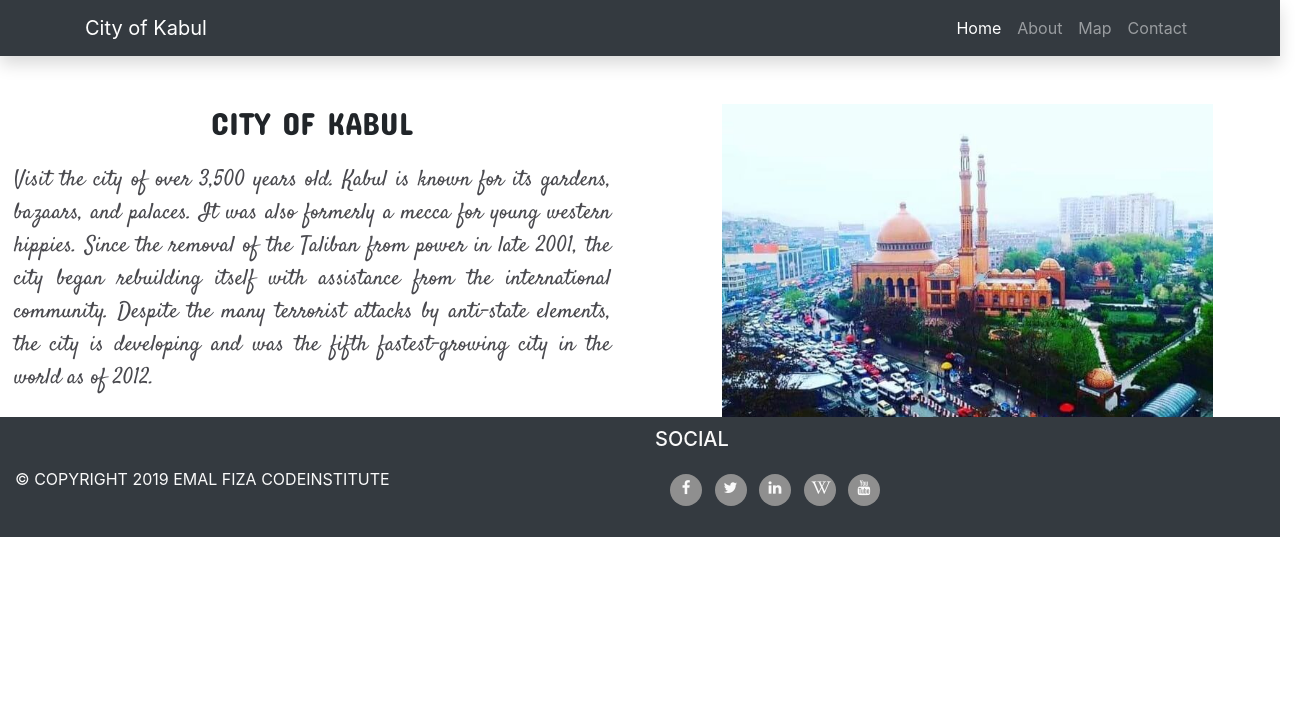
Repository: emalfiza/project-kabul
Page: about.html
The author's editor kept a record of every edit. The page is drawn from the files as they stood at one moment, then again after the next edit.
The browser window is 1280 px wide. The page is 1295 px wide, so the pictures cover 1295 px, including what lies to the right of the window. The pictures show the whole page.

Above is the page before.

After the next edit:
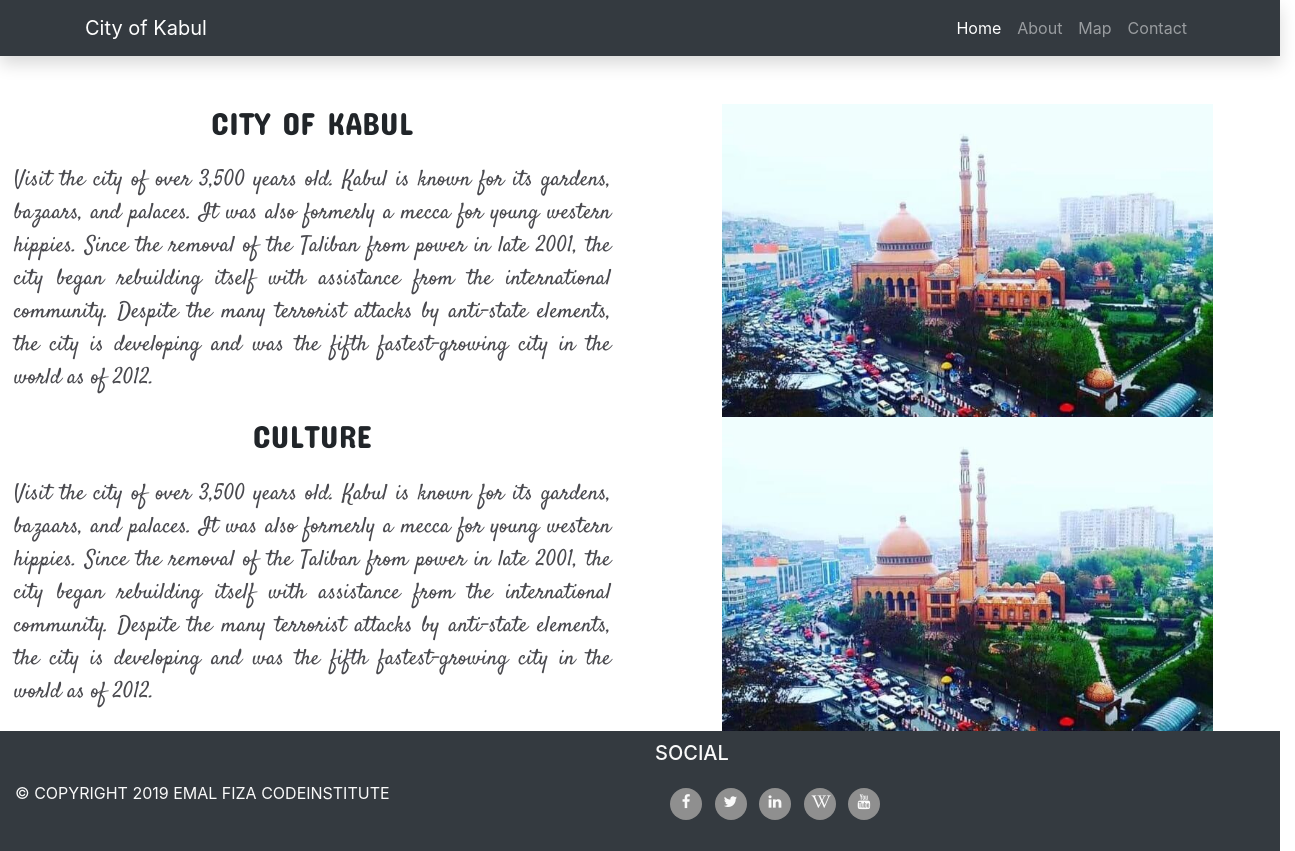
The edit:
--- a/about.html
+++ b/about.html
@@ -64,8 +64,21 @@
     </div>
   </section>
 
-  <section>
-
+ <section class="conrainer-fluid">
+    <div class="row">
+      <div class="col-sm-6">
+        <h2 class="section-heading uppercase">Culture</h2>
+        <p class="section-paragraph">
+          Visit the city of over 3,500 years old. Kabul is known for its gardens, bazaars, and palaces.
+          It was also formerly a mecca for young western hippies. Since the removal of the Taliban from power in late 2001,
+          the city began rebuilding itself with assistance from the international community.
+          Despite the many terrorist attacks by anti-state elements, the city is developing and was
+          the fifth fastest-growing city in the world as of 2012.
+        </p>
+      </div>
+      <div class="col-sm-6 image-kb">
+      </div>
+    </div>
   </section>
   <section>
 
